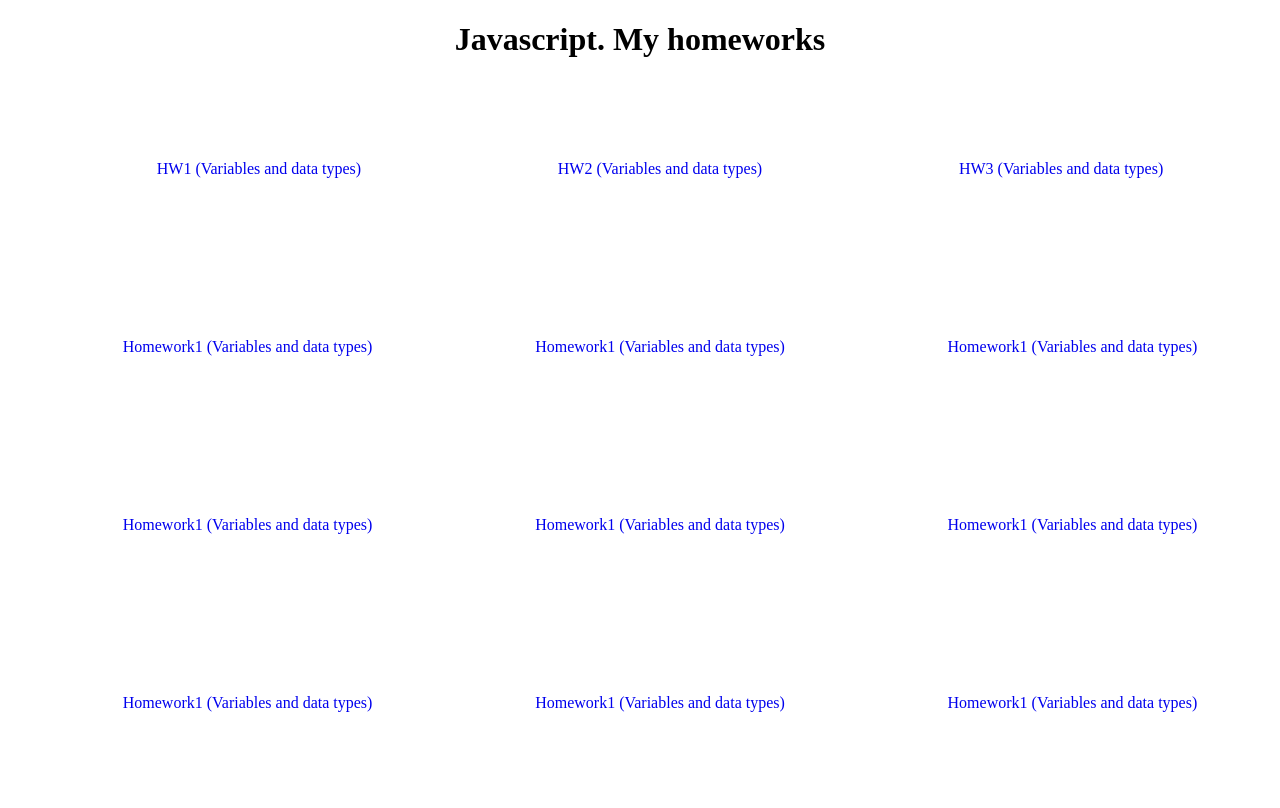
Repository: mariiastetsko/cursor-js-hw
Page: index.html
The author's editor kept a copy of each file at every save. The page is drawn from the files as they stood at one save, then again after the next save.
The browser window is 1280 px wide. The pictures show the whole page.

Above is the page before, as saved 2020-07-22 19:50:52.

### index.html
<!DOCTYPE html>
<html lang="en">
  <head>
    <meta charset="UTF-8" />
    <meta name="viewport" content="width=device-width, initial-scale=1.0" />
    <title>Cursor.JS.Homeworks</title>
    <link rel="stylesheet" href="./style.css" />
  </head>
  <body>
    <h1>Javascript. My homeworks</h1>
    <ul class="list">
      <li>
        <a href="./HW1/index.html">HW1 (Variables and data types)</a>
      </li>
      <li><a href="./HW2/index.html">HW2 (Variables and data types)</a></li>
      <li><a href="./HW3/index.html">HW3 (Variables and data types)</a></li>
      <li><a href="./HW4/index.html">Homework1 (Variables and data types)</a></li>
      <li><a href="./HW5/index.html">Homework1 (Variables and data types)</a></li>
      <li><a href="./HW6/index.html">Homework1 (Variables and data types)</a></li>
      <li><a href="./HW7/index.html">Homework1 (Variables and data types)</a></li>
      <li><a href="./HW8/index.html">Homework1 (Variables and data types)</a></li>
      <li><a href="./HW9/index.html">Homework1 (Variables and data types)</a></li>
      <li><a href="./HW10/index.html">Homework1 (Variables and data types)</a></li>
      <li><a href="./HW11/index.html">Homework1 (Variables and data types)</a></li>
      <li><a href="./HW12/index.html">Homework1 (Variables and data types)</a></li>
    </ul>
  </body>
</html>

### style.css
* {
    box-sizing: border-box;
}

body {
    margin: auto;
    padding: 0; */
    width: 1200px;
    min-height: 100vh;
    background-image: url('./');
}

ul {
    list-style: none;
}

.list {
    display: flex;
    justify-content: space-evenly;
    flex-wrap: wrap;
}

li, a {
    text-decoration: none;
    padding: 30px 10px;
    margin: 50px 30px;
}

h1 {
    text-align: center;
}

After the next save:
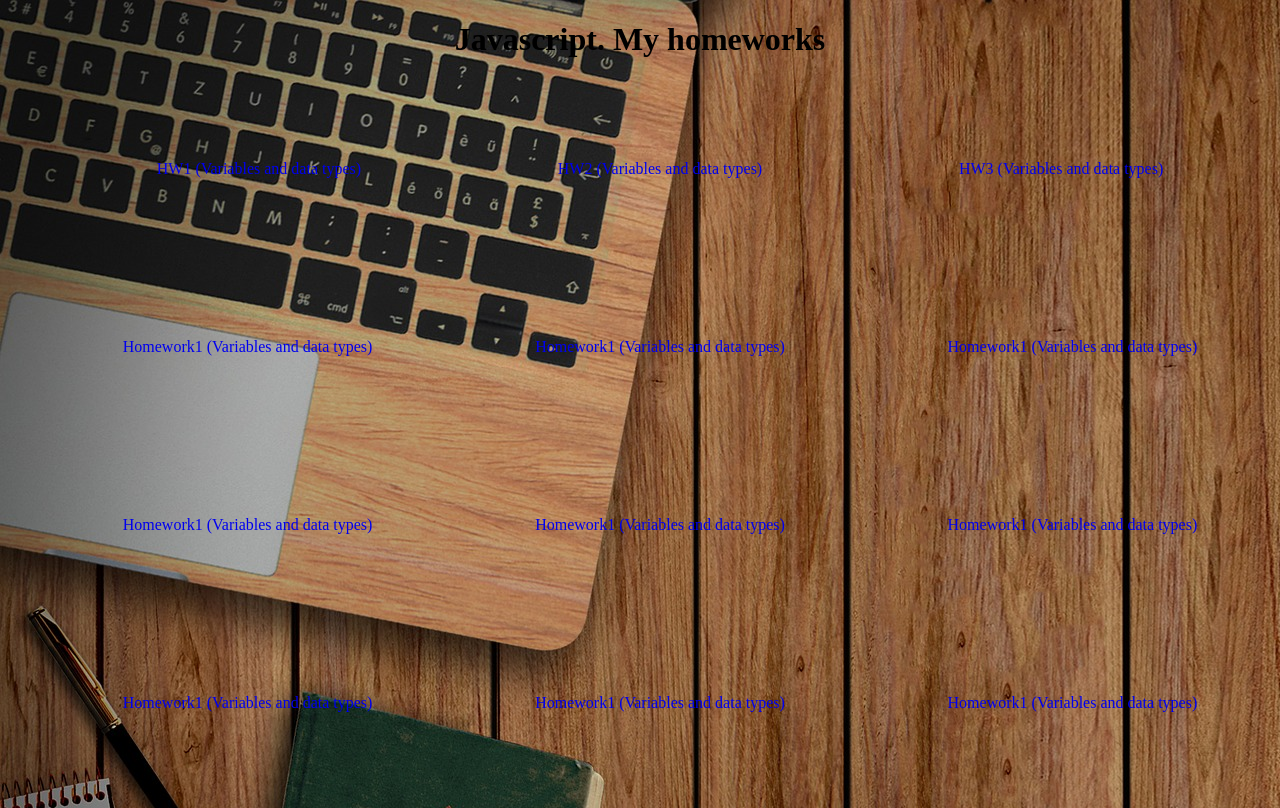
Saved 4 s later.
--- a/style.css
+++ b/style.css
@@ -7,7 +7,7 @@ body {
     padding: 0; */
     width: 1200px;
     min-height: 100vh;
-    background-image: url('./');
+    background-image: url('./background.jpg');
 }
 
 ul {
